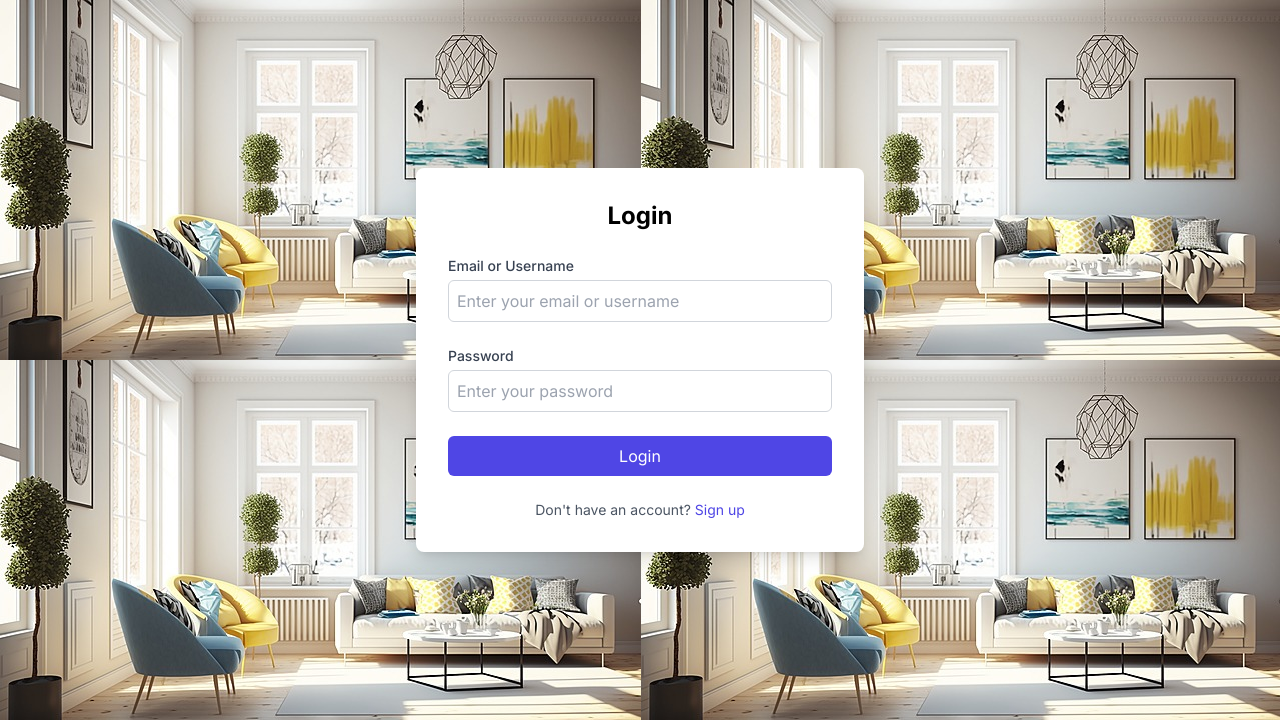
Repository: NassimeElkamari/Horizon-Housing
Page: /login
These files come from the project's save history. The page is drawn as it stood at one moment and after the next save; the edit follows.
The browser window is 1280 px wide. The pictures show the whole page.
The project was rebuilt for these pictures with package versions that can differ from the ones it lists, and the page was loaded fresh each time. The framework's server and built-in components were replaced by stand-ins that run in the browser. Also part of the build but not shown: next.config.mjs.

Above is the page before, as saved 2024-08-28 21:42:46.

### src/app/login/page.tsx
'use client';

import { useState } from 'react';
import { useRouter } from 'next/navigation';

const LoginPage = () => {
  const [identifier, setIdentifier] = useState(''); // can be email or username
  const [password, setPassword] = useState('');
  const [error, setError] = useState('');
  const router = useRouter();

  const handleSubmit = async (e: React.FormEvent) => {
    e.preventDefault();
    setError('');

    const response = await fetch('/api/auth/login', {
      method: 'POST',
      headers: {
        'Content-Type': 'application/json',
      },
      body: JSON.stringify({ identifier, password }),
    });

    const data = await response.json();

    if (response.ok) {
      localStorage.setItem('token', data.token);
      router.push('/dashboard');
    } else {
      setError(data.message || 'Login failed');
    }
  };

  return (
    <div className="min-h-screen bg-gray-100 flex items-center justify-center "  style={{ backgroundImage: "url('/bg2.jpg')" }}>
      <div className="bg-white p-8 rounded-lg shadow-lg w-full max-w-md">
        <h2 className="text-2xl font-bold mb-6 text-center">Login</h2>
        {error && <p className="text-red-500 text-center mb-4">{error}</p>}
        <form onSubmit={handleSubmit} className="space-y-6">
          <div>
            <label htmlFor="identifier" className="block text-sm font-medium text-gray-700">
              Email or Username
            </label>
            <input
              id="identifier"
              type="text"
              value={identifier}
              onChange={(e) => setIdentifier(e.target.value)}
              className="mt-1 w-full p-2 border border-gray-300 rounded-md focus:ring-indigo-500 focus:border-indigo-500"
              placeholder="Enter your email or username"
              required
            />
          </div>
          <div>
            <label htmlFor="password" className="block text-sm font-medium text-gray-700">
              Password
            </label>
            <input
              id="password"
              type="password"
              value={password}
              onChange={(e) => setPassword(e.target.value)}
              className="mt-1 w-full p-2 border text-black border-gray-300 rounded-md focus:ring-indigo-500 focus:border-indigo-500"
              placeholder="Enter your password"
              required
            />
          </div>
          <button
            type="submit"
            className="w-full bg-indigo-600 text-white py-2 px-4 rounded-md hover:bg-indigo-700 focus:outline-none focus:ring-2 focus:ring-indigo-500 focus:ring-offset-2"
          >
            Login
          </button>
        </form>
        <p className="mt-6 text-center text-sm text-gray-600">
          Don't have an account?{' '}
          <a href="/register" className="text-indigo-600 hover:text-indigo-500">
            Sign up
          </a>
        </p>
      </div>
    </div>
  );
};

export default LoginPage;

Loaded but not shown: src/app/layout.tsx (common file); src/app/globals.css (common file); tailwind.config.ts (common file)

After the next save:
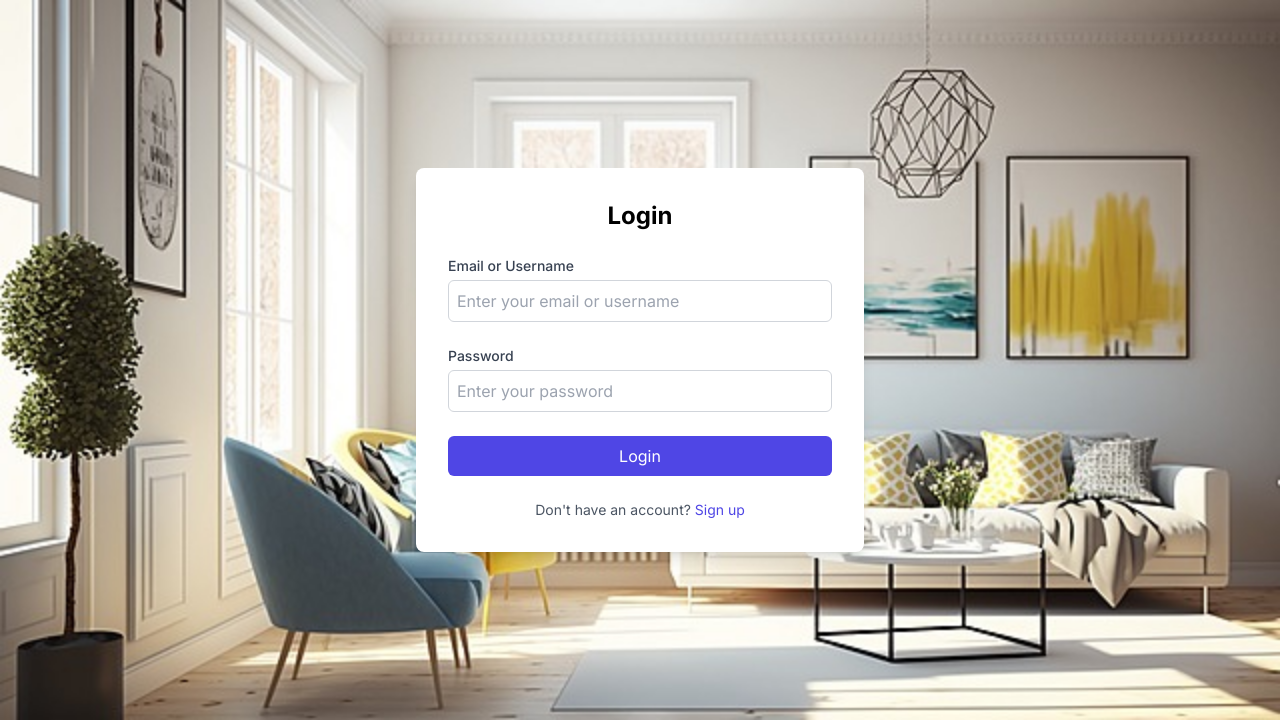
Saved 13 s later.
--- a/src/app/login/page.tsx
+++ b/src/app/login/page.tsx
@@ -32,7 +32,7 @@ const LoginPage = () => {
   };
 
   return (
-    <div className="min-h-screen bg-gray-100 flex items-center justify-center "  style={{ backgroundImage: "url('/bg2.jpg')" }}>
+    <div className="min-h-screen bg-gray-100 flex items-center justify-center bg-cover"  style={{ backgroundImage: "url('/bg2.jpg')" }}>
       <div className="bg-white p-8 rounded-lg shadow-lg w-full max-w-md">
         <h2 className="text-2xl font-bold mb-6 text-center">Login</h2>
         {error && <p className="text-red-500 text-center mb-4">{error}</p>}
